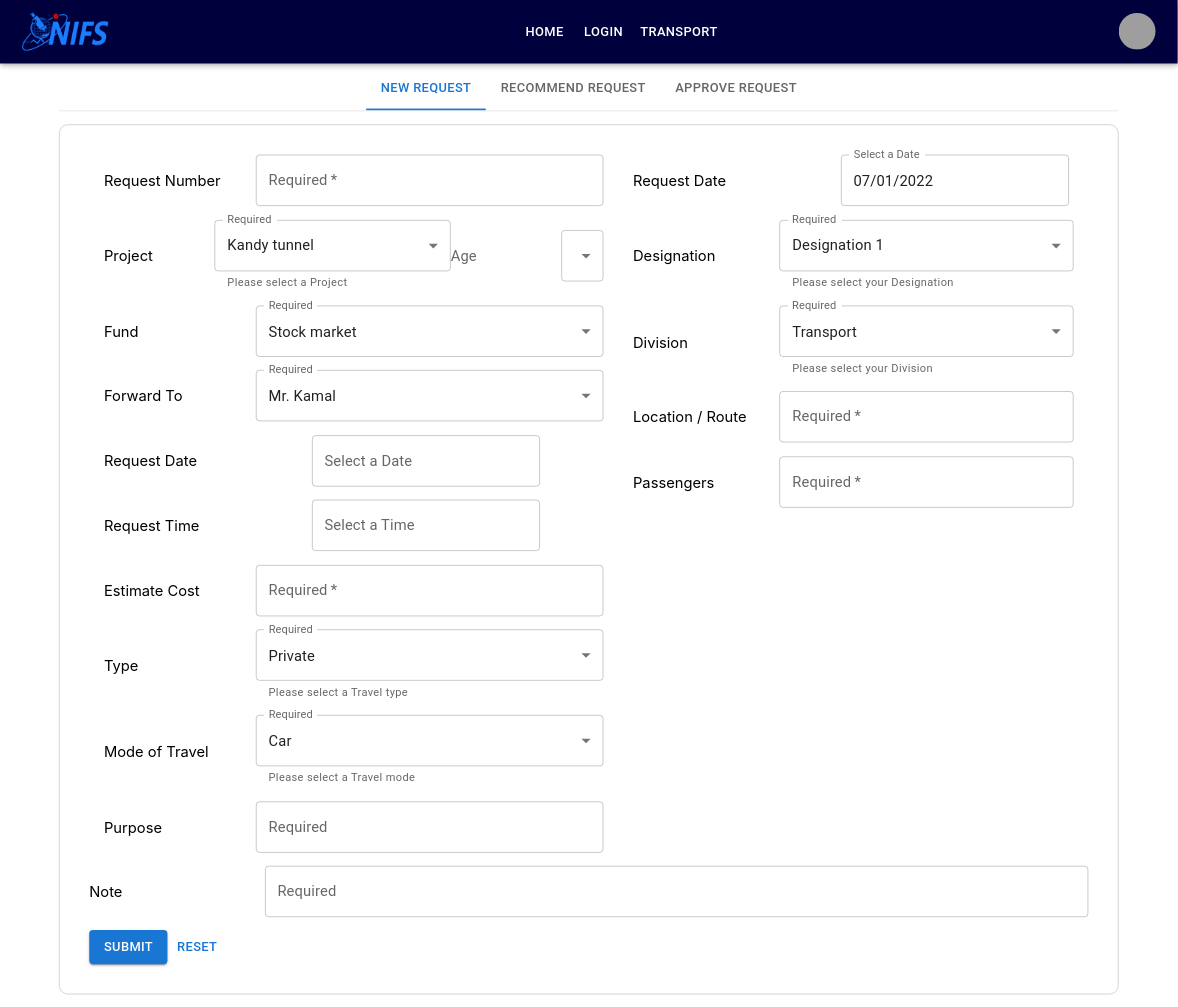
Repository: Ravindu97/NIFS_WebApplication
Page: /transport (app in client/)
These files come from the project's save history. The page is drawn as it stood at one moment and after the next save; the edit follows.
The browser window is 1280 px wide. The pictures show the whole page, at 92% of full size.
Pictures or frames that could not be fetched are drawn as grey boxes. The project was rebuilt for these pictures with package versions that can differ from the ones it lists, and the page was loaded fresh each time. Also part of the build but not shown: client/src/pages/Home.js, client/src/pages/Login.js, client/src/components/Transport/RecommendedRequest.js, client/src/components/Transport/ApproveRequest.js.

Above is the page before, as saved 2022-07-01 09:42:00.

### client/src/index.css
body {
  margin: 0;
  font-family: -apple-system, BlinkMacSystemFont, 'Segoe UI', 'Roboto', 'Oxygen',
    'Ubuntu', 'Cantarell', 'Fira Sans', 'Droid Sans', 'Helvetica Neue',
    sans-serif;
  -webkit-font-smoothing: antialiased;
  -moz-osx-font-smoothing: grayscale;
}

:root{
  --main-navbar-back: #00003c;

}


.nav-logo{
  width: 100px;
  height: auto;
}

/* main navbar */
.main-navbar{
  background-color: var(--main-navbar-back) !important;
}

/* secondary navbar */
.secondary-navbar{
  margin-top: 10vh !important;
  margin: auto;
}

/* body content */
.body-content{
  margin: auto;
  width: 90%;
  margin-top: 2vh;
}

/* -------------------css for form starts here */
/* form section means outsice the <form> tag */

.form-section{
  border: 1px solid #d2d2d2;
  border-radius: 10px;
  padding: 2rem;
  margin-bottom: 2vh;
}

/* input fields */
.input-fields{
  display: flex;
  align-items: center;
  margin-bottom: 2vh;
}

.input-fields label{
  margin-right: 2vw;
  width: 200px;
}

.form-left,.form-right{

  margin-left: 1em;
  margin-right: 1em;
}

/* -----------------css for form ends here */

### client/src/App.js
import * as React from 'react';
import { BrowserRouter as Router, Route, Routes } from 'react-router-dom';
import Navbar from './components/shared/Navbar';
import Home from './pages/Home';
import Login from './pages/Login';
import TransportMainPage from './pages/TransportMainPage';

function App() {
	return (
		<div>
			<Router>
				<Navbar />
				<Routes>
					<Route exact path="/" element={<Home />} />
					<Route exact path="/login" element={<Login />} />
					<Route exact path="/transport/*" element={<TransportMainPage />} />
				</Routes>
			</Router>
		</div>
	);
}

export default App;

### client/src/components/shared/Navbar.js
import * as React from 'react';
import AppBar from '@mui/material/AppBar';
import Box from '@mui/material/Box';
import Toolbar from '@mui/material/Toolbar';
import IconButton from '@mui/material/IconButton';
import Typography from '@mui/material/Typography';
import Menu from '@mui/material/Menu';
import MenuIcon from '@mui/icons-material/Menu';
import Container from '@mui/material/Container';
import Avatar from '@mui/material/Avatar';
import Button from '@mui/material/Button';
import Tooltip from '@mui/material/Tooltip';
import MenuItem from '@mui/material/MenuItem';
import { Link } from 'react-router-dom';
import Logo from '../../images/nifs_logo.png';

const Navbar = () => {
	const pages = [
		{
			id: 0,
			title: 'Home',
			link: '/',
		},
		{
			id: 1,
			title: 'Login',
			link: '/login',
		},
		{
			id: 2,
			title: 'Transport',
			link: '/transport',
		},
	];

	const settings = [
		{
			id: 0,
			title: 'Home',
			link: '/',
		},
		{
			id: 1,
			title: 'Login',
			link: '/login',
		},
		{
			id: 2,
			title: 'Transport',
			link: '/transport',
		},
	];

	const [anchorElNav, setAnchorElNav] = React.useState(null);
	const [anchorElUser, setAnchorElUser] = React.useState(null);

	const handleOpenNavMenu = (event) => {
		setAnchorElNav(event.currentTarget);
	};
	const handleOpenUserMenu = (event) => {
		setAnchorElUser(event.currentTarget);
	};

	const handleCloseNavMenu = () => {
		setAnchorElNav(null);
	};

	const handleCloseUserMenu = () => {
		setAnchorElUser(null);
	};

	return (
		<AppBar position="fixed" className="main-navbar">
			<Container maxWidth="xl">
				<Toolbar disableGutters>
					{/*Responsive view start here  */}
					<Box sx={{ display: { xs: 'none', md: 'flex' }, mr: 1 }}>
						<img src={Logo} alt="logo" className="nav-logo" />
					</Box>

					<Box sx={{ flexGrow: 1, display: { xs: 'flex', md: 'none' } }}>
						<IconButton
							size="large"
							aria-label="account of current user"
							aria-controls="menu-appbar"
							aria-haspopup="true"
							onClick={handleOpenNavMenu}
							color="inherit"
						>
							<MenuIcon />
						</IconButton>
						<Menu
							id="menu-appbar"
							anchorEl={anchorElNav}
							anchorOrigin={{
								vertical: 'bottom',
								horizontal: 'left',
							}}
							keepMounted
							transformOrigin={{
								vertical: 'top',
								horizontal: 'left',
							}}
							open={Boolean(anchorElNav)}
							onClose={handleCloseNavMenu}
							sx={{
								display: { xs: 'block', md: 'none' },
							}}
						>
							{pages &&
								pages.map((page) => (
									<MenuItem key={page.id} onClick={handleCloseNavMenu}>
										<Link to={page.link} style={{ textDecoration: 'none' }}>
											<Typography textAlign="center">{page.title}</Typography>
										</Link>
									</MenuItem>
								))}
						</Menu>
					</Box>
					{/* Responsive view ends here */}

					{/* Full width starts here */}
					<Box
						sx={{
							mr: 2,
							display: { xs: 'flex', md: 'none' },
							flexGrow: 1,
						}}
					>
						<img src={Logo} alt="logo" className="nav-logo" />
					</Box>

					<Box
						sx={{ flexGrow: 1, display: { xs: 'none', md: 'flex' } }}
						style={{ justifyContent: 'center' }}
					>
						{pages &&
							pages.map((page) => (
								<Link to={page.link} style={{ textDecoration: 'none' }}>
									<Button
										key={page.id}
										onClick={handleCloseNavMenu}
										sx={{ my: 2, color: 'white', display: 'block' }}
									>
										{page.title}
									</Button>
								</Link>
							))}
					</Box>

					{/* end of the navbar */}
					<Box sx={{ flexGrow: 0 }}>
						<Tooltip title="Open settings">
							<IconButton onClick={handleOpenUserMenu} sx={{ p: 0 }}>
								<Avatar
									alt="Remy Sharp"
									src="https://images.unsplash.com/photo-1566753323558-f4e0952af115?ixlib=rb-1.2.1&ixid=MnwxMjA3fDB8MHxzZWFyY2h8MXx8bWFsZXxlbnwwfHwwfHw%3D&w=1000&q=80"
								/>
							</IconButton>
						</Tooltip>
						<Menu
							sx={{ mt: '45px' }}
							id="menu-appbar"
							anchorEl={anchorElUser}
							anchorOrigin={{
								vertical: 'top',
								horizontal: 'right',
							}}
							keepMounted
							transformOrigin={{
								vertical: 'top',
								horizontal: 'right',
							}}
							open={Boolean(anchorElUser)}
							onClose={handleCloseUserMenu}
						>
							{settings.map((setting) => (
								<MenuItem key={setting.id} onClick={handleCloseUserMenu}>
									<Typography textAlign="center">{setting.title}</Typography>
								</MenuItem>
							))}
						</Menu>
					</Box>
				</Toolbar>
			</Container>
		</AppBar>
	);
};
export default Navbar;

### client/src/pages/TransportMainPage.js
import React from 'react';

import TransportNavbar from '../components/Transport/shared/TransportNavbar';
import { Route, Routes } from 'react-router-dom';
import NewRequest from '../components/Transport/NewRequest';
import RecommendedRequest from '../components/Transport/RecommendedRequest';
import ApproveRequest from '../components/Transport/ApproveRequest';

// transport main page where all other section of transport department can be access from here
function TransportMainPage() {
	return (
		<div>
			<TransportNavbar />
			<div className="body-content">
				<Routes>
					<Route exact path="/" element={<NewRequest />} />
					<Route exact path="/recommend" element={<RecommendedRequest />} />
					<Route exact path="/approve" element={<ApproveRequest />} />
				</Routes>
			</div>
		</div>
	);
}

export default TransportMainPage;

### client/src/components/Transport/shared/TransportNavbar.js
import * as React from 'react';
import Tabs from '@mui/material/Tabs';
import Tab from '@mui/material/Tab';
import Box from '@mui/material/Box';
import { Link, useLocation } from 'react-router-dom';

export default function TransportNavbar() {
	const location = useLocation();

	const pages = [
		{
			id: 0,
			title: 'New Request',
			link: '/transport',
		},
		{
			id: 1,
			title: 'Recommend Request',
			link: '/transport/recommend',
		},
		{
			id: 2,
			title: 'Approve Request',
			link: '/transport/approve',
		},
	];

	return (
		<Box sx={{ width: '90%' }} className="secondary-navbar">
			<Box sx={{ borderBottom: 1, borderColor: 'divider' }}>
				<Tabs value={location.pathname} centered>
					{pages &&
						pages.map((page) => (
							<Tab
								key={page.id}
								label={page.title}
								value={page.link}
								component={Link}
								to={page.link}
							/>
						))}
				</Tabs>
			</Box>
		</Box>
	);
}

### client/src/components/Transport/NewRequest.js
import { Button, TextField, Select, InputLabel, MenuItem } from '@mui/material';
import React, { useState } from 'react';
import { useForm } from 'react-hook-form';
import Box from '@mui/material/Box';
// import datepicker
import { AdapterDateFns } from '@mui/x-date-pickers/AdapterDateFns';
import { LocalizationProvider } from '@mui/x-date-pickers/LocalizationProvider';
import { DatePicker } from '@mui/x-date-pickers/DatePicker';
import { TimePicker } from '@mui/x-date-pickers/TimePicker';
import { StaticTimePicker } from '@mui/x-date-pickers/StaticTimePicker';
// sample data files start here
import Projects from './shared/sampleData/Project.json';
import Funds from './shared/sampleData/Fund.json';
import ForwardedTo from './shared/sampleData/ForwardedTo.json';
import Divisions from './shared/sampleData/Division.json';
import Designations from './shared/sampleData/Designation.json';

// sample data files ends here

function NewRequest() {
	// date set to be stored
	const { register, handleSubmit, reset } = useForm();

	const [project, setProjects] = useState(Projects);
	const [fund, setFunds] = useState(Funds);
	const [forwardedTo, setForwardedTos] = useState(ForwardedTo);
	const [division, setDivisions] = useState(Divisions);
	const [designation, setDesignations] = useState(Designations);
	const [value, setValue] = React.useState(null);
	const [today, setToday] = React.useState(new Date());

	const submitDetails = (data) => {
		console.log(data);
	};

	return (
		<div className="form-section">
			<form onSubmit={handleSubmit(submitDetails)}>
				<Box
					sx={{
						display: { xs: 'block', md: 'flex' },
						justifyContent: 'center',
					}}
				>
					{/* left section of the form */}

					<Box
						className="form-left"
						sx={{
							width: { xs: '90%', md: '50%' },
						}}
					>
						{/* Request number */}

						<Box className="input-fields">
							<label>Request Number</label>
							<TextField
								fullWidth
								required
								type="text"
								name="reqNo"
								id="outlined-basic"
								label="Required"
								variant="outlined"
								{...register('reqNo', { required: true })}
							/>
						</Box>

						{/* Select project */}

						<Box className="input-fields">
							<label>Project</label>
							<TextField
								fullWidth
								id="outlined-select-project-native"
								select
								label="Required"
								name="project"
								{...register('project', { required: true })}
								SelectProps={{
									native: true,
								}}
								helperText="Please select a Project"
							>
								<option value="Select a Project" disabled>
									Select a Project
								</option>
								{project.map((option) => (
									<option key={option.id} value={option.value}>
										{option.value}
									</option>
								))}
							</TextField>

							<InputLabel id="demo-simple-select-label">Age</InputLabel>
							<Select
								labelId="demo-simple-select-label"
								id="demo-simple-select"
								label="Age"
								{...register('project', { required: true })}
							>
								<MenuItem value={10}>Ten</MenuItem>
								<MenuItem value={20}>Twenty</MenuItem>
								<MenuItem value={30}>Thirty</MenuItem>
							</Select>
						</Box>

						{/* Select Fund */}

						<Box className="input-fields">
							<label>Fund</label>
							<TextField
								fullWidth
								id="outlined-select-fund-native"
								select
								label="Required"
								name="fund"
								{...register('fund', { required: true })}
								SelectProps={{
									native: true,
								}}
							>
								{fund.map((option) => (
									<option key={option.id} value={option.value}>
										{option.value}
									</option>
								))}
							</TextField>
						</Box>

						{/* Select Forward */}

						<Box className="input-fields">
							<label>Forward To</label>
							<TextField
								fullWidth
								id="outlined-select-forward-native"
								select
								label="Required"
								name="forwardTo"
								{...register('forwardTo', { required: true })}
								SelectProps={{
									native: true,
								}}
							>
								{forwardedTo.map((option) => (
									<option key={option.id} value={option.value}>
										{option.value}
									</option>
								))}
							</TextField>
						</Box>

						{/* date picker */}

						<Box className="input-fields">
							<LocalizationProvider dateAdapter={AdapterDateFns}>
								<label>Request Date</label>
								<DatePicker
									label="Select a Date"
									value={value}
									{...register('requestDate', { required: true })}
									onChange={(newValue) => {
										setValue(newValue);
									}}
									renderInput={(params) => <TextField {...params} />}
								/>
							</LocalizationProvider>
						</Box>

						{/* Time picker */}

						<Box className="input-fields">
							<LocalizationProvider dateAdapter={AdapterDateFns}>
								<label>Request Time</label>
								<TimePicker
									label="Select a Time"
									value={value}
									{...register('requestTime', { required: true })}
									onChange={(newValue) => {
										setValue(newValue);
									}}
									renderInput={(params) => <TextField {...params} />}
								/>
							</LocalizationProvider>
						</Box>

						{/* cost */}

						<Box className="input-fields">
							<label>Estimate Cost</label>
							<TextField
								fullWidth
								required
								type="text"
								name="estimateCost"
								id="outlined-basic"
								label="Required"
								variant="outlined"
								{...register('estimateCost', { required: true })}
							/>
						</Box>

						{/* travel type */}

						<Box className="input-fields">
							<label>Type</label>
							<TextField
								fullWidth
								id="outlined-select-forward-native"
								select
								label="Required"
								name="travelType"
								{...register('travelType', { required: true })}
								SelectProps={{
									native: true,
								}}
								helperText="Please select a Travel type"
							>
								<option value="private">Private</option>
								<option value="official">Official</option>
							</TextField>
						</Box>

						{/* Travel mode */}

						<Box className="input-fields">
							<label>Mode of Travel</label>
							<TextField
								fullWidth
								id="outlined-select-forward-native"
								select
								label="Required"
								name="travelMode"
								{...register('travelMode', { required: true })}
								SelectProps={{
									native: true,
								}}
								helperText="Please select a Travel mode"
							>
								<option value="car">Car</option>
								<option value="van">Van</option>
								<option value="cab">Cab</option>
							</TextField>
						</Box>

						{/* purpose */}

						<Box className="input-fields">
							<label>Purpose</label>
							<TextField
								fullWidth
								id="outlined-textarea"
								label="Required"
								name="purpose"
								{...register('purpose', { required: true })}
								SelectProps={{
									native: true,
								}}
								multiline
							/>
						</Box>
					</Box>

					{/* right section of the form */}

					<Box
						className="form-right"
						sx={{
							width: { xs: '90%', md: '50%' },
						}}
					>
						{/* today date picker */}

						<Box className="input-fields">
							<LocalizationProvider dateAdapter={AdapterDateFns}>
								<label>Request Date</label>
								<DatePicker
									label="Select a Date"
									value={today}
									{...register('requestDate', { required: true })}
									onChange={(newValue) => {
										setToday(newValue);
									}}
									renderInput={(params) => <TextField {...params} />}
								/>
							</LocalizationProvider>
						</Box>

						{/* designations */}

						<Box className="input-fields">
							<label>Designation</label>
							<TextField
								fullWidth
								id="outlined-select-forward-native"
								select
								label="Required"
								name="designation"
								{...register('designation', { required: true })}
								SelectProps={{
									native: true,
								}}
								helperText="Please select your Designation"
							>
								{designation.map((option) => (
									<option key={option.id} value={option.value}>
										{option.value}
									</option>
								))}
							</TextField>
						</Box>

						{/* division */}

						<Box className="input-fields">
							<label>Division</label>
							<TextField
								fullWidth
								id="outlined-select-forward-native"
								select
								label="Required"
								name="division"
								{...register('division', { required: true })}
								SelectProps={{
									native: true,
								}}
								helperText="Please select your Division"
							>
								{division.map((option) => (
									<option key={option.id} value={option.value}>
										{option.value}
									</option>
								))}
							</TextField>
						</Box>

						{/* HOD */}

						{/* Location / route */}

						<Box className="input-fields">
							<label>Location / Route</label>
							<TextField
								fullWidth
								required
								type="text"
								name="route"
								id="outlined-basic"
								label="Required"
								variant="outlined"
								{...register('route', { required: true })}
							/>
						</Box>

						{/* Location / route */}

						<Box className="input-fields">
							<label>Passengers</label>
							<TextField
								fullWidth
								required
								type="text"
								name="passengers"
								id="outlined-basic"
								label="Required"
								variant="outlined"
								{...register('passengers', { required: true })}
							/>
						</Box>
					</Box>
				</Box>

				{/* Note */}

				<Box sx={{ justifyContent: 'center' }}>
					<Box className="input-fields">
						<label>Note</label>
						<TextField
							fullWidth
							id="outlined-textarea"
							label="Required"
							name="note"
							{...register('note', { required: true })}
							SelectProps={{
								native: true,
							}}
							multiline
						/>
					</Box>
				</Box>

				{/* submit button */}

				<Box>
					<Button type="submit" variant="contained">
						Submit
					</Button>

					{/* reset the form */}

					<Button
						type="button"
						onClick={() => {
							reset({
								reqNo: '',
								project: '',
								fund: '',
								forwardTo: '',
								requestDate: '',
								requestTime: '',
								estimateCost: '',
								travelType: '',
								travelMode: '',
								purpose: '',
								note: '',
								employee: '',
								designation: '',
								date: '',
								division: '',
								HOD: '',
								route: '',
								passengers: '',
							});
						}}
					>
						Reset
					</Button>
				</Box>
			</form>
		</div>
	);
}

export default NewRequest;

### client/src/components/Transport/shared/sampleData/Project.json
[
    {
        "id": 0,
        "value": "Kandy tunnel"
    },
    {
        "id": 1,
        "value": "Moragahakanda project"
    },
    {
        "id": 2,
        "value": "Gin nilwala project"
    },
    {
        "id": 3,
        "value": "Samanala wewa projecct"
    },
    {
        "id": 4,
        "value": "Data visualization"
    }
]

### client/src/components/Transport/shared/sampleData/Fund.json
[
    {
        "id": 0,
        "value": "Stock market"
    },
    {
        "id": 1,
        "value": "BOC bank"
    },
    {
        "id": 2,
        "value": "Savings"
    },
    {
        "id": 3,
        "value": "Ticketing"
    },
    {
        "id": 4,
        "value": "Car wash"
    }
]

### client/src/components/Transport/shared/sampleData/ForwardedTo.json
[
    {
        "id": 0,
        "value": "Mr. Kamal"
    },
    {
        "id": 1,
        "value": "Mr. Sunil"
    },
    {
        "id": 2,
        "value": "Mr. Kusal"
    },
    {
        "id": 3,
        "value": "Mrs. Nayana"
    },
    {
        "id": 4,
        "value": "Miss Rashmi"
    }
]

### client/src/components/Transport/shared/sampleData/Division.json
[
    {
        "id": 0,
        "value": "Transport"
    },
    {
        "id": 1,
        "value": "Financial"
    },
    {
        "id": 2,
        "value": "Computer"
    },
    {
        "id": 3,
        "value": "Admin"
    },
    {
        "id": 4,
        "value": "Director"
    }
]

### client/src/components/Transport/shared/sampleData/Designation.json
[
    {
        "id": 0,
        "value": "Designation 1"
    },
    {
        "id": 1,
        "value": "Designation 2"
    },
    {
        "id": 2,
        "value": "Designation 3"
    },
    {
        "id": 3,
        "value": "Designation 4"
    },
    {
        "id": 4,
        "value": "Designation 5"
    }
]

Loaded but not shown: client/src/index.js (common file); client/src/reportWebVitals.js (common file)

After the next save:
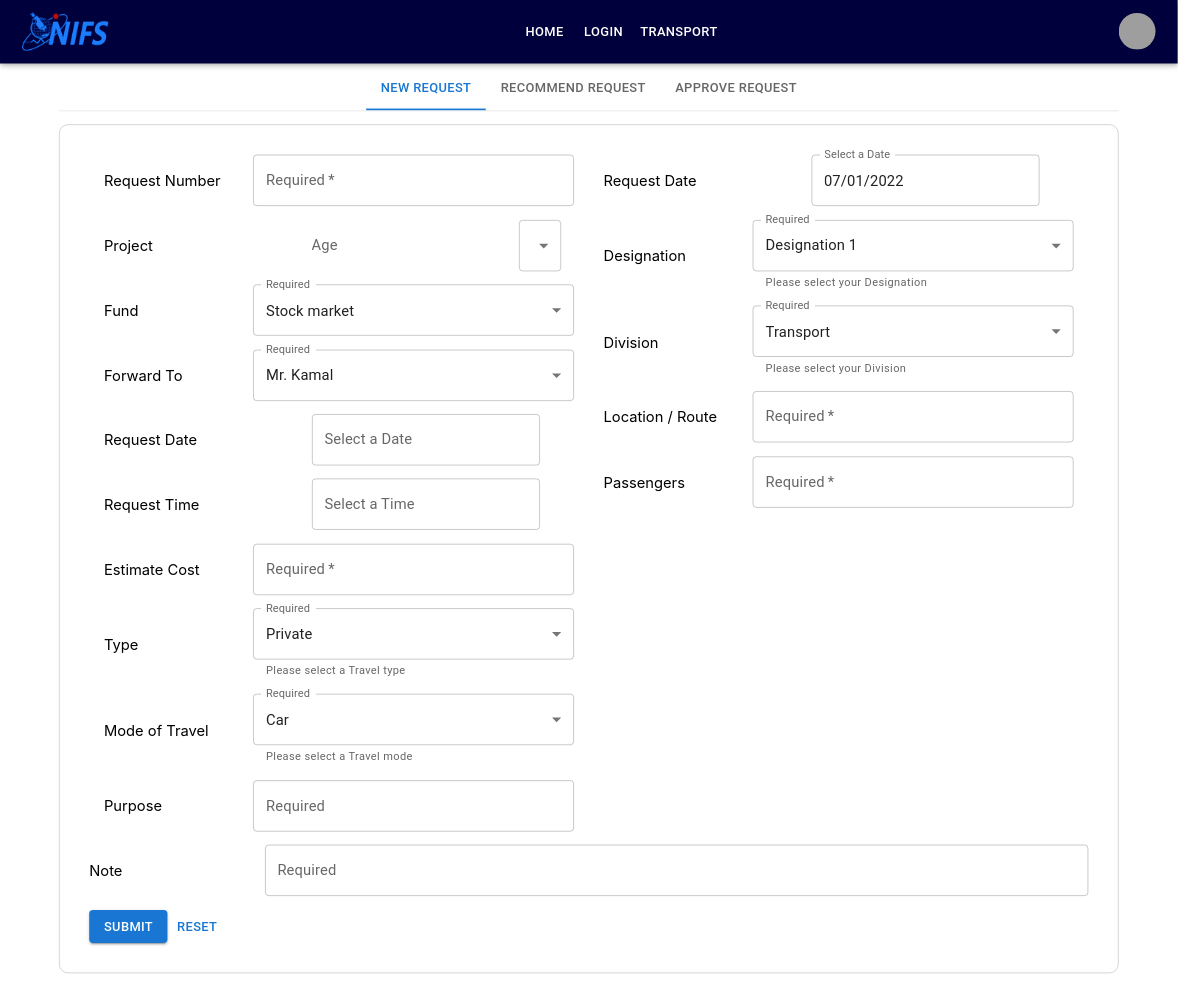
Saved 8 s later.
--- a/client/src/components/Transport/NewRequest.js
+++ b/client/src/components/Transport/NewRequest.js
@@ -70,7 +70,7 @@ function NewRequest() {
 
 						<Box className="input-fields">
 							<label>Project</label>
-							<TextField
+							{/* <TextField
 								fullWidth
 								id="outlined-select-project-native"
 								select
@@ -90,7 +90,7 @@ function NewRequest() {
 										{option.value}
 									</option>
 								))}
-							</TextField>
+							</TextField> */}
 
 							<InputLabel id="demo-simple-select-label">Age</InputLabel>
 							<Select
